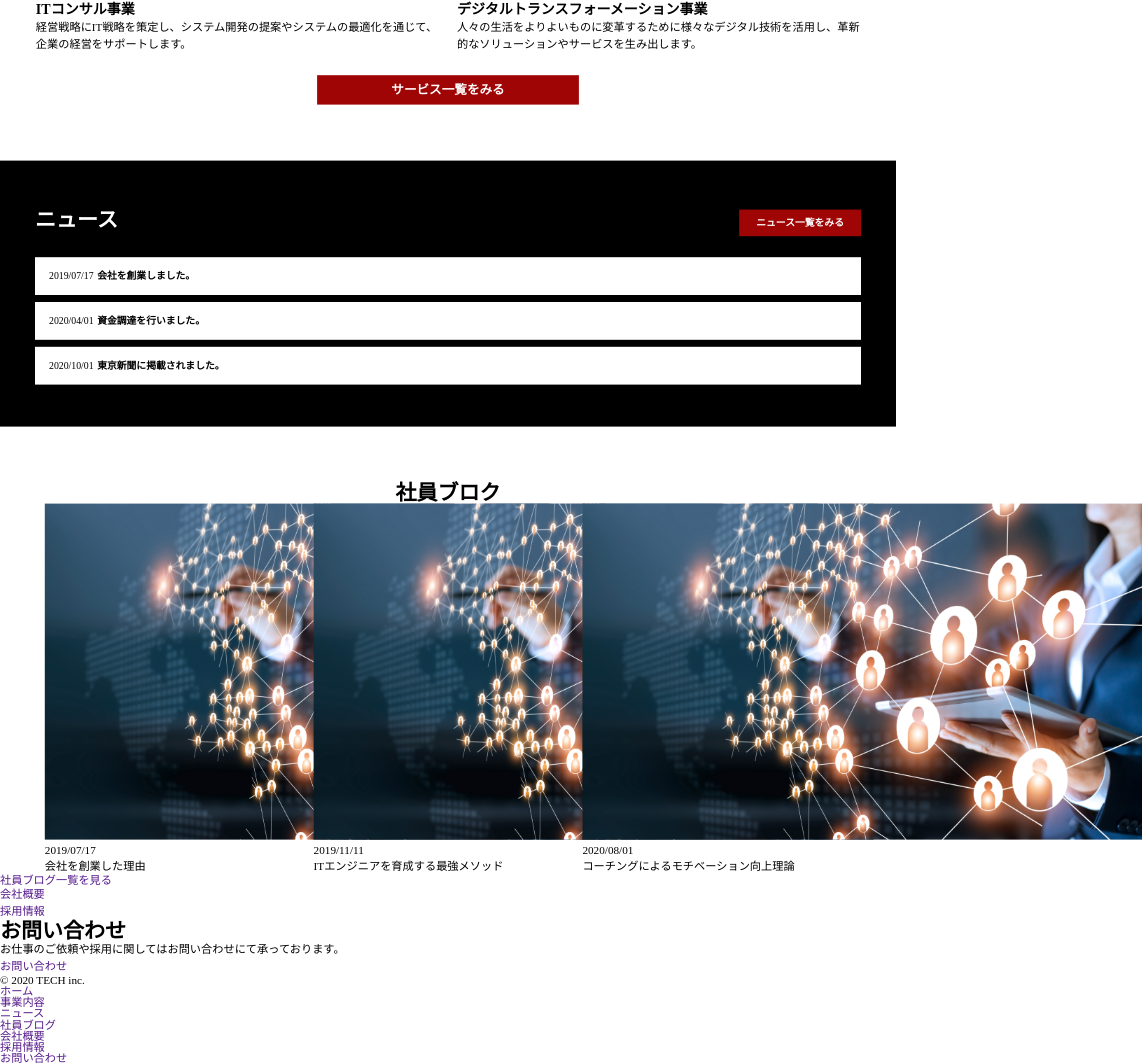
Repository: masanarimiura/20220516_miura
Page: index.html
The author's editor kept a copy of each file at every save. The page is drawn from the files as they stood at one save, then again after the next save.
The browser window is 1280 px wide. The page is 1632 px wide, then 1280 px, so the pictures cover 1632 px, including what lies to the right of the window. The pictures show the part of the page from y = 1949 to 3469 px (the page is 3469 px tall before and 3220 px after), at 70% of full size.

Above is the page before, as saved 2022-05-13 20:35:59.

### index.html
<!DOCTYPE html>
<html lang="ja">

<head>
  <meta charset="UTF-8">
  <meta http-equiv="X-UA-Compatible" content="IE=edge">
  <meta name="viewport" content="width=device-width, initial-scale=1.0">
  <title>Document</title>
  <link rel="stylesheet" href="css/reset.css">
  <link rel="stylesheet" href="css/index.css">
</head>

<body>

  <header class="header">
    <h2 class="header__ttl">TECH</h2>
    <nav class="header__nav">
      <ul>
        <li><a href="" class="header__nav__item1">ホーム</a></li>
        <li><a href="" class="header__nav__item2">事業内容</a></li>
        <li><a href="" class="header__nav__item3">ニュース</a></li>
        <li><a href="" class="header__nav__item4">社員ブログ</a></li>
        <li><a href="" class="header__nav__item5">会社概要</a></li>
        <li><a href="" class="header__nav__item6">採用情報</a></li>
        <li><a href="" class="header__nav__item7">お問い合わせ</a></li>
      </ul>
    </nav>
  </header>

  <div class="eyecatch">
    <div class="eyecatch__content">
      <h1 class="eyecatch__content__ttl">最新のテクノロジーで社会課題を解決</h1>
      <p class="eyecatch__content__txt">solving social issues with the latest tdchnology</p>
    </div>
  </div>

  <div class="message">
    <div class="message__inner">
      <h2 class="message__ttl">株式会社TECHの想い</h2>
      <p class="message__txt">
        あらゆる産業において、新たなデジタル技術を使ってこれまでにないビジネスモデルを展開する新規参入者が養生し、ゲームチェンジが起ころうとしています。こうした中で、各企業は、競争力維持・強化のために。DXを迅速に進めていくことが求められています。しかし、DXにおいて投資コストは非常にかかります。株式会社TECHでは独自のオペレーションと人材教育により、他社よりも価格を抑えた開発を行います。
      </p>
    </div>
  </div>

  <div class="service">
    <h2 class="service__ttl">サービス</h2>
    <div class="service__inner">
      <div class="service__box">
        <img src="img/service1.png" alt="" class="service__box__img">
        <h3 class="service__box__ttl">IT人材育成事業</h3>
        <p class="service__box__txt">これまでに培った教育手法を生かして、短期間で即戦力のIT人材を育成します。</p>
      </div>
      <div class="service__box">
        <img src="img/service2.png" alt="" class="service__box__img">
        <h3 class="service__box__ttl">コーチング事業</h3>
        <p class="service__box__txt">目標達成を最短で実現するために、プロのコーチによるマンツーマンのサポートを実施します。</p>
      </div>
      <div class="service__box">
        <img src="img/service3.png" alt="" class="service__box__img">
        <h3 class="service__box__ttl">ITコンサル事業</h3>
        <p class="service__box__txt">経営戦略にIT戦略を策定し、システム開発の提案やシステムの最適化を通じて、企業の経営をサポートします。</p>
      </div>
      <div class="service__box">
        <img src="img/service4.png" alt="" class="service__box__img">
        <h3 class="service__box__ttl">デジタルトランスフォーメーション事業</h3>
        <p class="service__box__txt">人々の生活をよりよいものに変革するために様々なデジタル技術を活用し、革新的なソリューションやサービスを生み出します。</p>
      </div>
      <a href="" class="button">サービス一覧をみる</a>
    </div>
  </div>

  <div class="news">
    <div class="news__inner">
      <div class="news__ttl">
        <h2 class="news__ttl-txt">ニュース</h2>
        <a href="" class="service__link button">ニュース一覧をみる</a>
      </div>
      <div class="news__content">
        <ul class="news__content-inner">
          <li class="news__content-topic">
            <a herf="">2019/07/17<span>会社を創業しました。</span></a>
          </li>
          <li class="news__content-topic">
            <a herf="">2020/04/01<span>資金調達を行いました。</span></a>
          </li>
          <li class="news__content-topic">
            <a herf="">2020/10/01<span>東京新聞に掲載されました。</span></a>
          </li>
        </ul>
      </div>
    </div>
  </div>
  <div class="blog">
    <h2 class="blog__ttl">社員ブロク</h2>
    <div class="blog__inner">
      <div class="blog__box">
        <a href=""><img src="img/blog.png" alt="" class="blog__img"></a>
        <p class="blog__date">2019/07/17</p>
        <p class="blog__txt">会社を創業した理由</p>
      </div>
      <div class="blog__box">
        <a href=""><img src="img/blog.png" alt="" class="blog__img"></a>
        <p class="blog__date">2019/11/11</p>
        <p class="blog__txt">ITエンジニアを育成する最強メソッド</p>
      </div>
      <div class="blog__box">
        <a href=""><img src="img/blog.png" alt="" class="blog__img"></a>
        <p class="blog__date">2020/08/01</p>
        <p class="blog__txt">コーチングによるモチベーション向上理論</p>
      </div>
    </div>
    <div class="blog__link"><a href="">社員ブログ一覧を見る</a></div>
  </div>

  <div class="info">
    <div class="info__company"><a href="">
        <p class="info__company__ttl">会社概要</p>
      </a></div>
    <div class="info__recruit"><a href="">
        <p class="info__recruit__ttl">採用情報</p>
      </a></div>
  </div>

  <div class="contact">
    <h2 class="contact__ttl">お問い合わせ</h2>
    <p class="contact__txt">お仕事のご依頼や採用に関してはお問い合わせにて承っております。</p>
    <p class="contact__link"><a href="">お問い合わせ</a></p>
  </div>

  <footer class="footer">
    <div class="footer__copy">&copy; 2020 TECH inc.</div>
    <ul class="footer__nav">
      <li><a href="" class="footer__nav__item1">ホーム</a></li>
      <li><a href="" class="footer__nav__item2">事業内容</a></li>
      <li><a href="" class="footer__nav__item3">ニュース</a></li>
      <li><a href="" class="footer__nav__item4">社員ブログ</a></li>
      <li><a href="" class="footer__nav__item5">会社概要</a></li>
      <li><a href="" class="footer__nav__item6">採用情報</a></li>
      <li><a href="" class="footer__nav__item7">お問い合わせ</a></li>
    </ul>
  </footer>


  <script src="js/main.js"></script>
</body>

</html>

### css/reset.css
/*
html5doctor.com Reset Stylesheet
v1.6.1
Last Updated: 2010-09-17
Author: Richard Clark - http://richclarkdesign.com
Twitter: @rich_clark
*/
html,
body,
div,
span,
object,
iframe,
h1,
h2,
h3,
h4,
h5,
h6,
p,
blockquote,
pre,
abbr,
address,
cite,
code,
del,
dfn,
em,
img,
ins,
kbd,
q,
samp,
small,
strong,
sub,
sup,
var,
b,
i,
dl,
dt,
dd,
ol,
ul,
li,
fieldset,
form,
label,
legend,
table,
caption,
tbody,
tfoot,
thead,
tr,
th,
td,
article,
aside,
canvas,
details,
figcaption,
figure,
footer,
header,
hgroup,
menu,
nav,
section,
summary,
time,
mark,
audio,
video {
  margin: 0;
  padding: 0;
  border: 0;
  outline: 0;
  font-size: 100%;
  vertical-align: baseline;
  background: transparent;
}

body {
  line-height: 1;
}

article,
aside,
details,
figcaption,
figure,
footer,
header,
hgroup,
menu,
nav,
section {
  display: block;
}

nav ul {
  list-style: none;
}

blockquote,
q {
  quotes: none;
}

blockquote:before,
blockquote:after,
q:before,
q:after {
  content: "";
  content: none;
}

a {
  margin: 0;
  padding: 0;
  font-size: 100%;
  vertical-align: baseline;
  background: transparent;
}

/* change colours to suit your needs */
ins {
  background-color: #ff9;
  color: #000;
  text-decoration: none;
}

/* change colours to suit your needs */
mark {
  background-color: #ff9;
  color: #000;
  font-style: italic;
  font-weight: bold;
}

del {
  text-decoration: line-through;
}

abbr[title],
dfn[title] {
  border-bottom: 1px dotted;
  cursor: help;
}

table {
  border-collapse: collapse;
  border-spacing: 0;
}

/* change border colour to suit your needs */
hr {
  display: block;
  height: 1px;
  border: 0;
  border-top: 1px solid #cccccc;
  margin: 1em 0;
  padding: 0;
}

input,
select {
  vertical-align: middle;
}

### css/index.css
h2 {
  font-size: 30px;
  font-weight: bold;
}
h3 {
  font-size: 20px;
  font-weight: bold;
  line-height: 1.5;
}
a {
  text-decoration: none;
}
p {
  line-height: 1.5;
}
.button {
  display: block;
  text-align: center;
  color: #fff;
  font-size: 18px;
  font-weight: bold;
  background-color: rgb(160, 5, 5);
  width: 350px;
  padding: 12px;
}

.header {
  display: flex;
  justify-content: space-between;
  text-align: center;
  padding: 20px 30px;
  position: sticky;
  top: 0;
  background-color: #fff;
  z-index: 1;
}
.header__nav ul {
  display: flex;
  justify-content: space-between;
}
.header__nav ul li {
  padding: 0 15px;
  font-size: 16px;
  font-weight: bold;
}
.header__nav ul li a {
  color: #000;
}

.eyecatch {
  display: flex;
  justify-content: center;
  align-items: center;
  text-align: center;
  background: url(../img/mv.png) center/ cover;
  height: 80vh;
}
.eyecatch__content {
  color: #fff;
}
.eyecatch__content__ttl {
  font-size: 50px;
  padding: 20px;
  line-height: 1.5;
}
.eyecatch__content__txt {
  font-weight: bold;
  font-size: 20px;
  padding: 20px;
}

.message {
  background: #000;
  display: flex;
  justify-content: center;
  align-items: center;
}
.message__inner {
  padding: 80px 80px;
}
.message__ttl {
  color: #fff;
}
.message__txt {
  color: #fff;
  line-height: 2;
  text-align: justify;
  padding: 20px 0 0;
}

.service {
  margin-top: 100px;
}
.service__ttl {
  text-align: center;
  margin-bottom: 30px;
}
.service__inner {
  display: flex;
  align-items: center;
  flex-wrap: wrap;
  justify-content: center;
}
.service__box {
  width: 45%;
  height: auto;
  padding: 1%;
  margin-bottom: 20px;
}
.service__box img {
  width: 100%;
  height: auto;
}
.service__button {
  margin-top: 50px;
}
.news {
  background: #000;
  margin-top: 80px;
}
.news__inner {
  padding: 50px 50px;
}
.news__ttl {
  display: flex;
  justify-content: space-between;
  padding: 20px 0;
}
.news__ttl-txt {
  color: #fff;
}
.service__link {
  width: 150px;
  font-size: 14px;
}
.news__content-topic a {
  background-color: #fff;
  margin: 10px 0;
  padding: 20px;
  font-size: 14px;
  display: block;
}
.news__content-topic span {
  font-weight: bold;
  display: inline-block;
  padding: 0 5px;
}

.blog {
  margin-top: 80px;
}
.blog__ttl {
  text-align: center;
}
.blog__inner {
  display: flex;
  justify-content: center;
}
.blog__box {
  width: 30%;
}
.blog__box img img {
  width: 100%;
}

Loaded but not shown: js/main.js (no copy from this time; the picture is the same without it)

After the next save:
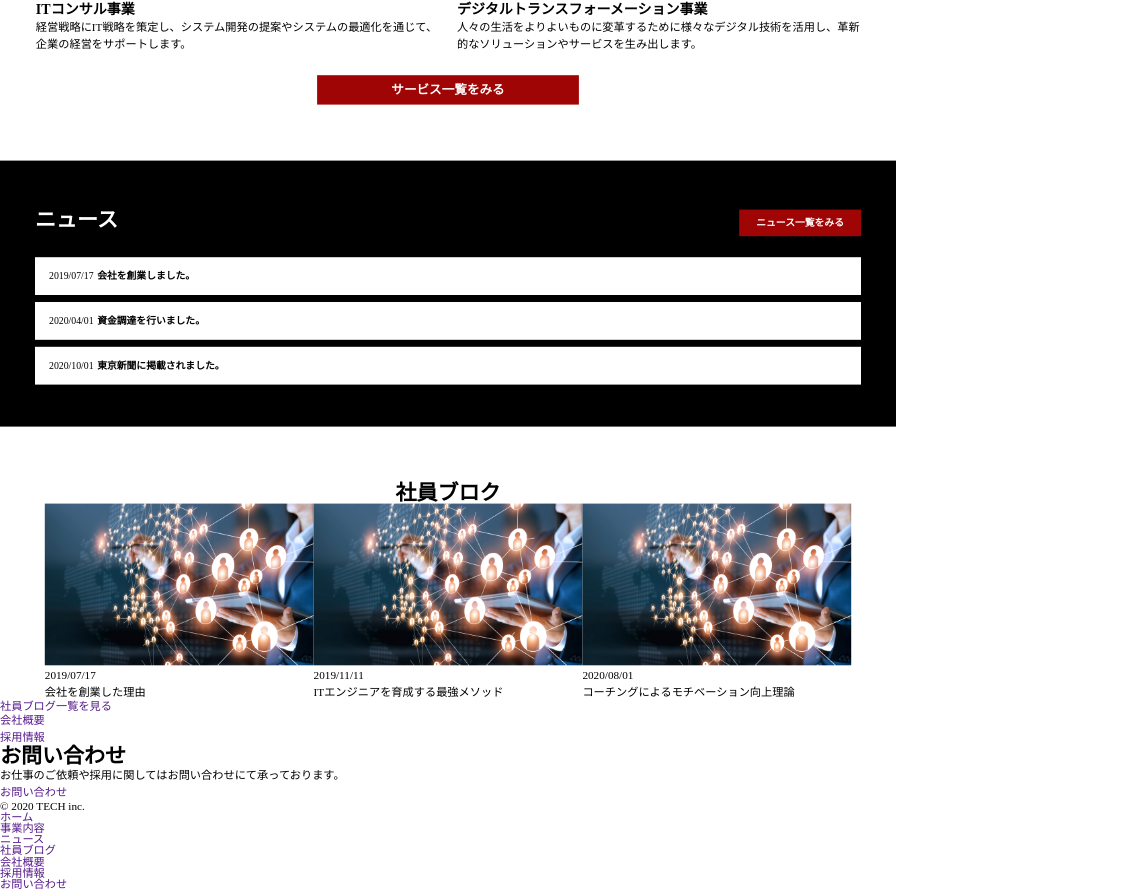
Saved 16 s later.
--- a/css/index.css
+++ b/css/index.css
@@ -159,6 +159,6 @@ p {
 .blog__box {
   width: 30%;
 }
-.blog__box img img {
+.blog__box img {
   width: 100%;
 }
